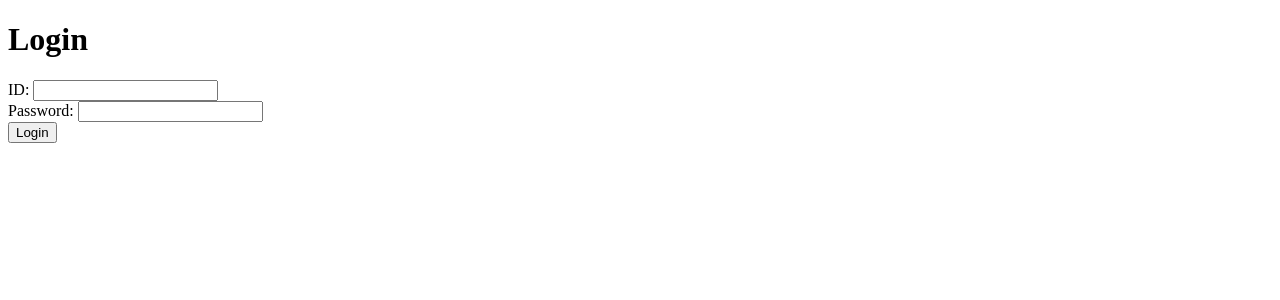
Repository: i-kemen/jsp
Page: WebTest/src/main/webapp/login.html
The author's editor kept a copy of each file at every save. The page is drawn from the files as they stood at one save, then again after the next save.
The browser window is 1280 px wide. The pictures show the whole page.

Above is the page before, as saved 2023-06-22 09:48:49.

After the next save:
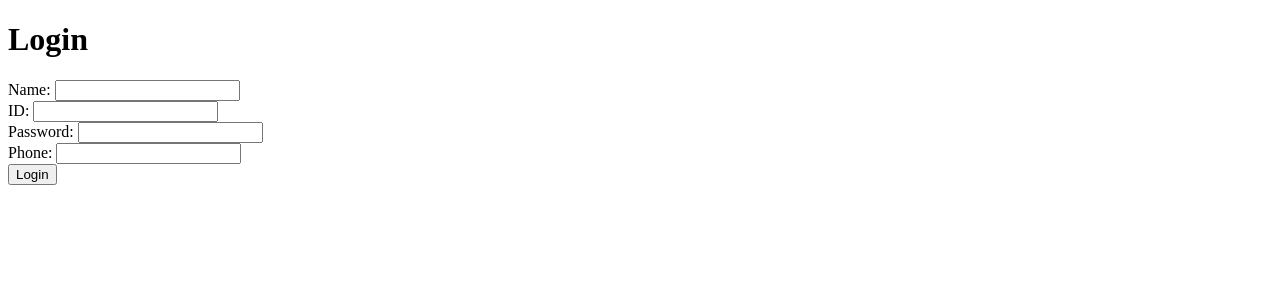
Saved 7 min 9 s later.
--- a/WebTest/src/main/webapp/login.html
+++ b/WebTest/src/main/webapp/login.html
@@ -6,11 +6,19 @@
 </head>
 <body>
     <h1>Login</h1>
-    <form method="post" action="loginOk.jsp">
+   <form method="post" action="JoinOk">
+        <label for="name">Name:</label>
+        <input type="text" id="name" name="name" required><br/>
+
         <label for="id">ID:</label>
         <input type="text" id="id" name="id" required><br/>
-        <label for="passwd">Password:</label>
-        <input type="password" id="passwd" name="passwd" required><br/>
+
+        <label for="password">Password:</label>
+        <input type="password" id="password" name="password" required><br/>
+
+        <label for="phone">Phone:</label>
+        <input type="text" id="phone" name="phone" required><br/>
+
         <input type="submit" value="Login">
     </form>
 </body>
